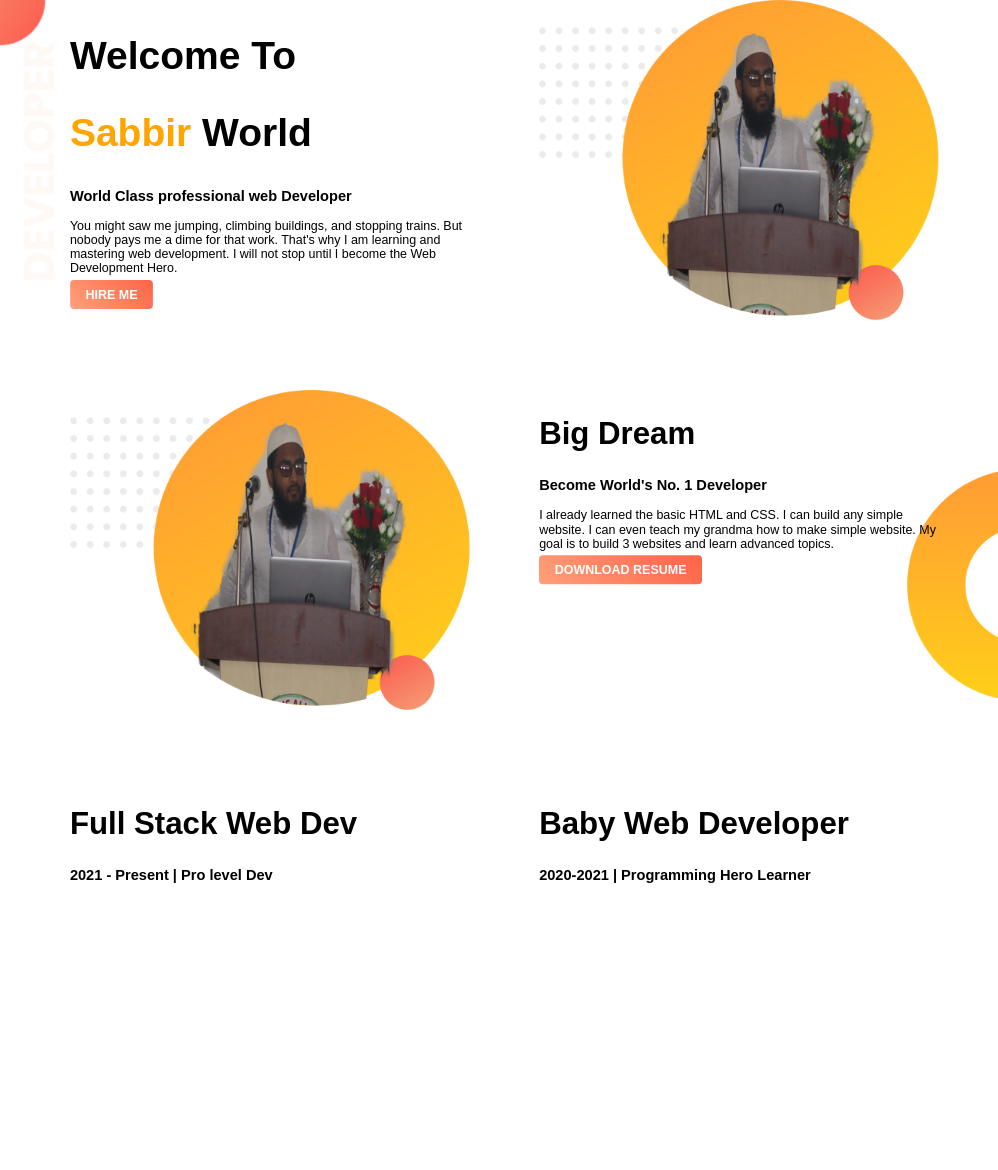
Repository: sabbircse3/web-protfolio
Page: index.html
An editor plug-in stored every save of this project. The page is shown before and after a run of saves, followed by the edit.
The browser window is 1280 px wide. The pictures show the whole page, at 78% of full size.

Above is the page before, as saved 2021-01-04 10:35:15.

### index.html
<!DOCTYPE html>
<html lang="en">
<head>
    <meta charset="UTF-8">
    <meta name="viewport" content="width=device-width, initial-scale=1.0">
    <title>Sabbir web-portfolio</title>
    <link rel="preconnect" href="https://fonts.gstatic.com">
    <link href="https://fonts.googleapis.com/css2?family=Montserrat&display=swap" rel="stylesheet">
    <link rel="stylesheet" href="style.css">
</head>
<body>
    <section class="top-banner">
        <div class="half-width">
            <h1>Welcome To</h1>
            <h1> <span class="name-highlight">Sabbir</span> World</h1>
            <h3>World Class professional web Developer</h3>
            <p>You might saw me jumping, climbing buildings, and stopping trains. But nobody pays me a dime for that work. That's why I am learning and mastering web development. I will not stop until I become the Web Development Hero.</p>
            <a class="link-button" target="_blank" href="https://www.linkedin.com/company/programminghero/">HIRE ME</a>
        </div>
        <div class="half-width">
            <img src="images/sabbir1.png" alt="">
        </div>
    </section>

    <section class="dream-area">
        <div class="half-width">
            <img src="images/sabbir1.png" alt="">
        </div>
        <div class="half-width">
            <h2> Big Dream</h2>
            <h3>Become World's No. 1 Developer</h3>
            <p>I already learned the basic HTML and CSS. I can build any simple website. I can even teach my grandma how to make simple website. My goal is to build 3 websites and learn advanced topics.</p>
            <a class="link-button" target="_blank" href="https://www.linkedin.com/company/programminghero/">DOWNLOAD RESUME</a>
        </div>

    </section>

    <section class="experience-area">
        <div class="half-width">
            <h2>Full Stack Web Dev</h2>
            <h3>2021 - Present | Pro level Dev</h3>
            <p> </p>

        </div>
        <div class="half-width">
            <h2>Baby Web Developer</h2>
            <h3>2020-2021 | Programming Hero Learner</h3>

        </div>
    </section>

</body>
</html>

### style.css
body{
    font-family: sans-serif;
    margin: 0px;
}
h1{
    font-size: 50px;
}
h2{
    font-size: 40px;
}
.name-highlight{
    color: orange;
}
.half-width{
    width: 40%;
    float: left;
    margin-left: 5%;
    padding-left: 2%;
}
.half-width img{
    width: 100%;
}
.top-banner{
    background-image: url("images/top-banner.png");
    background-repeat: no-repeat;
}
section{
    height: 500px;
}
.link-button{
    text-decoration: none;
    background-image: linear-gradient(45deg, lightSalmon, tomato);
    padding: 10px 20px;
    border-radius: 5px;
    color: white;
    font-weight: 700;
}
.dream-area{
    background-image: url("images/dream-bg.png");
    background-repeat: no-repeat;
    background-position: right;
}
.experience-area{

}

After the next 2 saves:
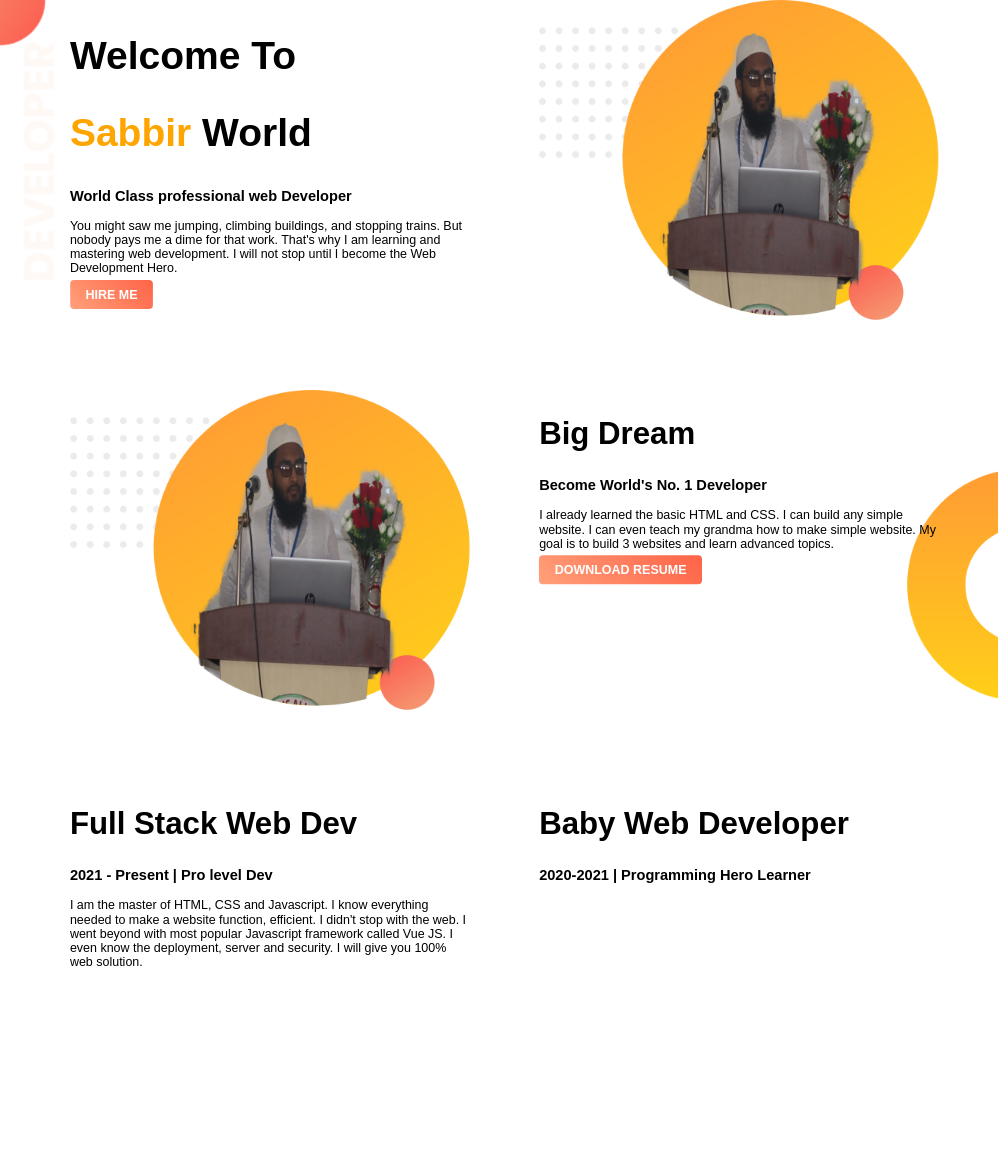
The 2 saves are shown as one change because they came seconds apart.
The last was saved 14 s later.
--- a/index.html
+++ b/index.html
@@ -39,7 +39,7 @@
         <div class="half-width">
             <h2>Full Stack Web Dev</h2>
             <h3>2021 - Present | Pro level Dev</h3>
-            <p> </p>
+            <p>I am the master of HTML, CSS and Javascript. I know everything needed to make a website function, efficient. I didn't stop with the web. I went beyond with most popular Javascript framework called Vue JS. I even know the deployment, server and security. I will give you 100% web solution.</p>
 
         </div>
         <div class="half-width">
